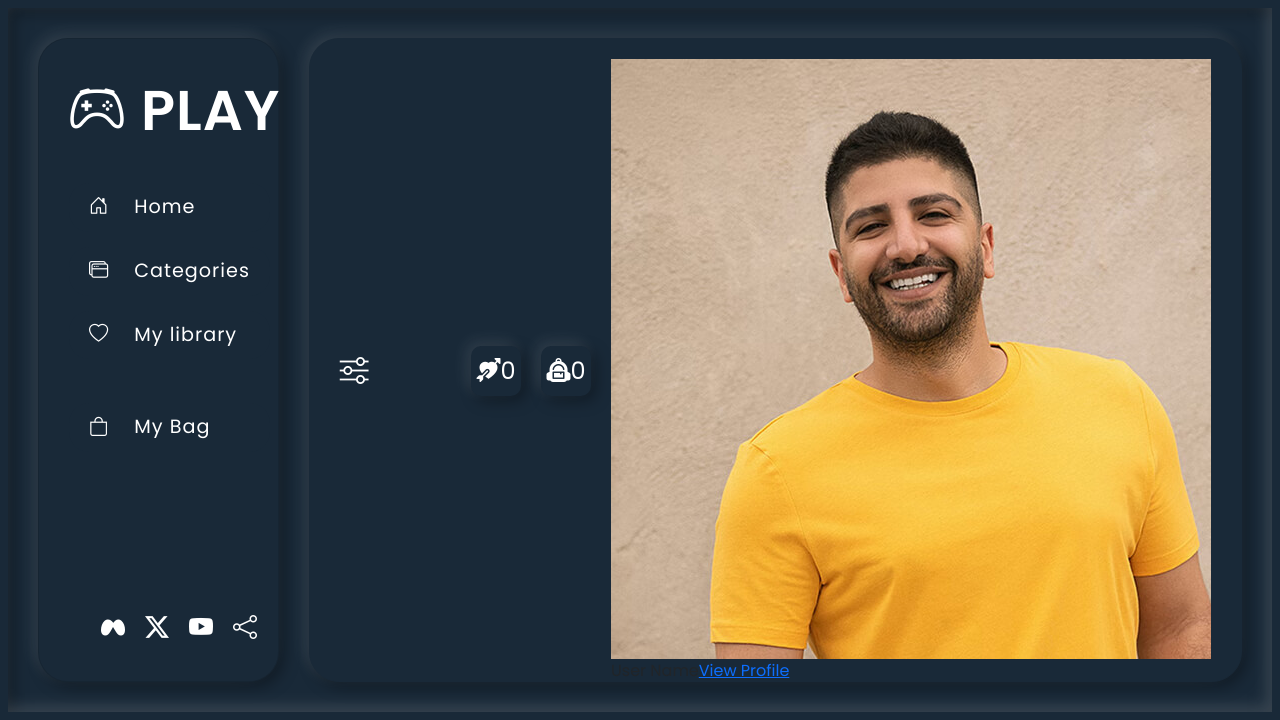
Repository: Ego-Wolf/Ecommerce-game-Reactjs
Page: /
The author's editor kept a copy of each file at every save. The page is drawn from the files as they stood at one save, then again after a run of saves.
The browser window is 1280 px wide. The pictures show the whole page.
The project was rebuilt for these pictures with package versions that can differ from the ones it lists, and the page was loaded fresh each time.

Above is the page before, as saved 2023-12-21 23:50:19.

### public/index.html
<!DOCTYPE html>
<html lang="en">
  <head>
    <meta charset="utf-8" />
    <link rel="icon" href="%PUBLIC_URL%/favicon.ico" />
    <meta name="viewport" content="width=device-width, initial-scale=1" />
    <meta name="theme-color" content="#000000" />
    <meta
      name="description"
      content="Web site created using create-react-app"
    />
    <link rel="apple-touch-icon" href="%PUBLIC_URL%/logo192.png" />
    <link rel="manifest" href="%PUBLIC_URL%/manifest.json" />
    <title>Wolf Ecommerce | Game</title>

    <!-- Bootstraps & Bootstraps Icon -->
    <link href="https://cdn.jsdelivr.net/npm/bootstrap@5.3.2/dist/css/bootstrap.min.css" rel="stylesheet" integrity="sha384-T3c6CoIi6uLrA9TneNEoa7RxnatzjcDSCmG1MXxSR1GAsXEV/Dwwykc2MPK8M2HN" crossorigin="anonymous">
    <link rel="stylesheet" href="https://cdn.jsdelivr.net/npm/bootstrap-icons@1.11.2/font/bootstrap-icons.min.css">
  </head>
  <body>
    <noscript>You need to enable JavaScript to run this app.</noscript>
    <div id="root"></div>

  </body>
</html>

### src/App.js
import React from 'react';
import './App.css';
import Main from "./pages/Main";

function App() {
  return (
    <Main/>
  );
}

export default App;

### src/App.css
/* Google Font */
@import url('https://fonts.googleapis.com/css2?family=Poppins:wght@300;400;500;600;700;800;900&display=swap');


*{
  padding: 0;
  margin: 0;
  box-sizing: border-box;
}

:root {
  --primary: #0d171f;
  --second: #0998a8;
  --bgColor: #192938;
}

h1,
h2,
h4,
p {
  color: #ffffff;
}

body {
  position: relative;
  background: var(--bgColor);
  font-family: 'Poppins', sans-serif;
  width: 100%;
  min-height: 100vh;
  overflow: hidden;
}

### src/pages/Main.jsx
import React from 'react'
import './Main.css'
import SideMenu from '../components/SideMenu'
import Header from './Header'

function Main() {
  return (
    <main>
        <SideMenu/>
        <div className="banner">
          <Header/>
        </div>
    </main>
  )
}

export default Main

### src/pages/Main.css
main {
    position: absolute;
    top: 0;
    left: 0;
    right: 0;
    bottom: 0;
    padding: 30px;
    border: 8px solid var(--bgColor);
    box-shadow: -5px -5px 15px rgba(255, 255, 255, 0.15),
    5px 5px 15px rgba(0, 0, 0, 0.35),
    inset -5px -5px 15px rgba(255, 255, 255, 0.15),
    inset 5px 5px 15px rgba(0, 0, 0, 0.35);
    display: flex;
    justify-content: space-between;
    align-items: center;
    gap: 30px;
    overflow: hidden;
    transition: 0.5s;
}

.banner {
    position: relative;
    width: 80%;
    height: 100%;
    border-radius: 30px;
    border: 1px solid var(--bgColor);
    background: var(--bgColor);
    box-shadow: -5px -5px 15px rgba(255, 255, 255, 0.1),
    5px 5px 15px rgba(0, 0, 0, 0.35);
    transition: 1s;
}

### src/components/SideMenu.jsx
import React, {useState} from 'react'
import './SideMenu.css'
import NavListItem from './NavListItem'
import navListData from '../data/navListData'
import socialListData from '../data/socialListData'
import SocialListItem from './SocialListItem'

function SideMenu() {
  const [navData, setNavData] = useState(navListData);
  const [socialData, setSocialData] = useState(socialListData);

  return (
    <div className="sideMenu">
        <a href="#" className="logo">
            <i class="bi bi-controller"></i>
            <span className="brand">Play</span>
        </a>
        <ul className="nav">
          {navData.map(item => (
            <NavListItem key={item._id} item={item} />
          ))}
        </ul>

        <ul className="social">
          {socialData.map(item => (
            <SocialListItem key={item._id} item={item} />
          ))}
        </ul>

    </div>
  );
}

export default SideMenu;

### src/pages/Header.jsx
import React from 'react'
import './Header.css'
import userImg from '../images/user.jpg'

function Header() {
  return (
    <header>
        <a href="#" className='menu'><i class="bi bi-sliders"></i></a>
        <div className="userItems">
            <a href="#" className="icon">
                <i class="bi bi-arrow-through-heart-fill"></i>
                <span className='like'>0</span>
            </a>
            <a href="#" className="icon">
                <i class="bi bi-backpack2-fill"></i>
                <span className="bag">0</span>
            </a>
            <div className="avatar">
                <a href="#"><img src={userImg} alt="User Image" /></a>
                <div className="user">
                    <span>User Name</span>
                    <a href="#">View Profile</a>
                </div>
            </div>
        </div>
    </header>
  )
}

export default Header

### src/components/SideMenu.css
.sideMenu {
    width: 20%;
    height: 100%;
    padding: 30px;
    border: 1px solid rgba(0, 0, 0, 0.1);
    border-radius: 30px;
    background: var(--bgColor);
    box-shadow: -5px -5px 15px rgba(255, 255, 255, 0.1), 5px 5px 15px rgba(0, 0, 0, 0.35);
    display: flex;
    flex-direction: column;
    transition: 1s;
}

.sideMenu .logo {
    position: relative;
    text-decoration: none;
    display: inline-flex;
    align-items: center;
    gap: 15px;
    color: #ffffff;
    font-size: 3.5em;
    font-weight: 600;
    letter-spacing: 1px;
    text-transform: uppercase;
}

.sideMenu .nav {
    margin-top: 30px;
    display: flex;
    flex-direction: column;
    list-style: none;
    gap: 15px;
}

.sideMenu .nav li a {
    text-decoration: none;
    color: #ffffff;
    font-size: 1.2em;
    letter-spacing: 1px;
    display: inline-flex;
    gap: 25px;
    background: var(--bgColor);
    border-radius: 20px;
    padding: 10px 20px;
    width: 100%;
    transition: 0.5s;
}

.sideMenu .nav li a:hover,
.sideMenu .nav li a:active {
    box-shadow: -5px -5px 15px rgba(255, 255, 255, 0.1), 5px 5px 15px rgba(0, 0, 0, 0.35);
}

/* Social */
.sideMenu .social {
    position: absolute;
    bottom: 50px;
    display: flex;
    align-items: center;
    list-style: none;
    gap: 20px;
    transition: 0.5s;
}

.sideMenu .social li a {
    text-decoration: none;
    color: #ffffff;
    font-size: 1.5rem;
    transition: 0.3s;
}

.sideMenu .social li a:hover {
    color: var(--second);
}

.sideMenu .social li .share {
    background: (--second);
    padding: 10px;
    width: 35px;
    height: 35px;
    border-radius: 50%;
    transition: 0.3s;
}

.sideMenu .social li .share:hover {
    background: var(--primary);
}

### src/components/NavListItem.jsx
import React from 'react'
import './NavListItem.css'

function NavListItem({ item }) {
  return (
    <li>
        <a href="#">
            <i className={`bi ${item.icon}`}></i>
            <span className="navName">{item.name}</span>
        </a>
    </li>
  )
}

export default NavListItem

### src/data/navListData.js
const navListData = [
    {
        _id: 1,
        target: 'home',
        name: 'Home',
        icon: 'bi-house-door',
        active: true,
    },
    {
        _id: 2,
        target: 'categories',
        name: 'Categories',
        icon: 'bi-window-stack',
        active: false,
    },
    {
        _id: 3,
        target: 'library',
        name: 'My library',
        icon: 'bi-heart',
        active: false,
    },
    {
        _id: 4,
        target: 'bag',
        name: 'My Bag',
        icon: 'bi-bag',
        active: false,
    },
];

export default navListData;

### src/data/socialListData.js
const socialListData = [
    {
        _id: 1,
        // target: 'meta',
        // name: 'Meta',
        icon: 'bi bi-meta',
        active: true,
    },
    {
        _id: 2,
        // target: 'categories',
        // name: 'Categories',
        icon: 'bi-twitter-x ',
        active: false,
    },
    {
        _id: 3,
        // target: 'library',
        // name: 'My library',
        icon: 'bi-youtube',
        active: false,
    },
    {
        _id: 4,
        // target: 'bag',
        // name: 'My Bag',
        icon: 'bi-share',
        active: false,
    },
];

export default socialListData;

### src/components/SocialListItem.jsx
import React from 'react'
import './SocialListItem.css'

function SocialListItem({ item }) {
  return (
    <li>
      <a href="#">
        <i className={`bi ${item.icon}`}></i>
      </a>
    </li>
  )
}

export default SocialListItem

### src/pages/Header.css
header {
    position: absolute;
    top: 0;
    width: 100%;
    display: flex;
    justify-content: space-between;
    align-items: center;
    padding: 20px 30px;
    z-index: 1000 !important;
    background: transparent;
}

.menu {
    font-size: 1.8rem;
    color: #ffffff;
}

.userItems {
    display: inline-flex;
    align-items: center;
    gap: 20px;
}

.userItems .icon {
    position: relative;
    color: #ffffff;
    font-size: 1.5rem;
    width: 50px;
    height: 50px;
    border-radius: 10px;
    box-shadow: -5px -5px 15px rgba(255, 255, 255, 0.1),
    5px 5px 15px rgba(0, 0, 0, 0.35);
    display: flex;
    justify-content: center;
    align-items: center;
    text-decoration: none;
}

.userItems .icon .like

Loaded but not shown: src/index.js (common file); src/index.css (common file); src/reportWebVitals.js (common file); src/components/NavListItem.css (no stored copy; drawn as an empty file); src/components/SocialListItem.css (no stored copy; drawn as an empty file)

After the next 2 saves:
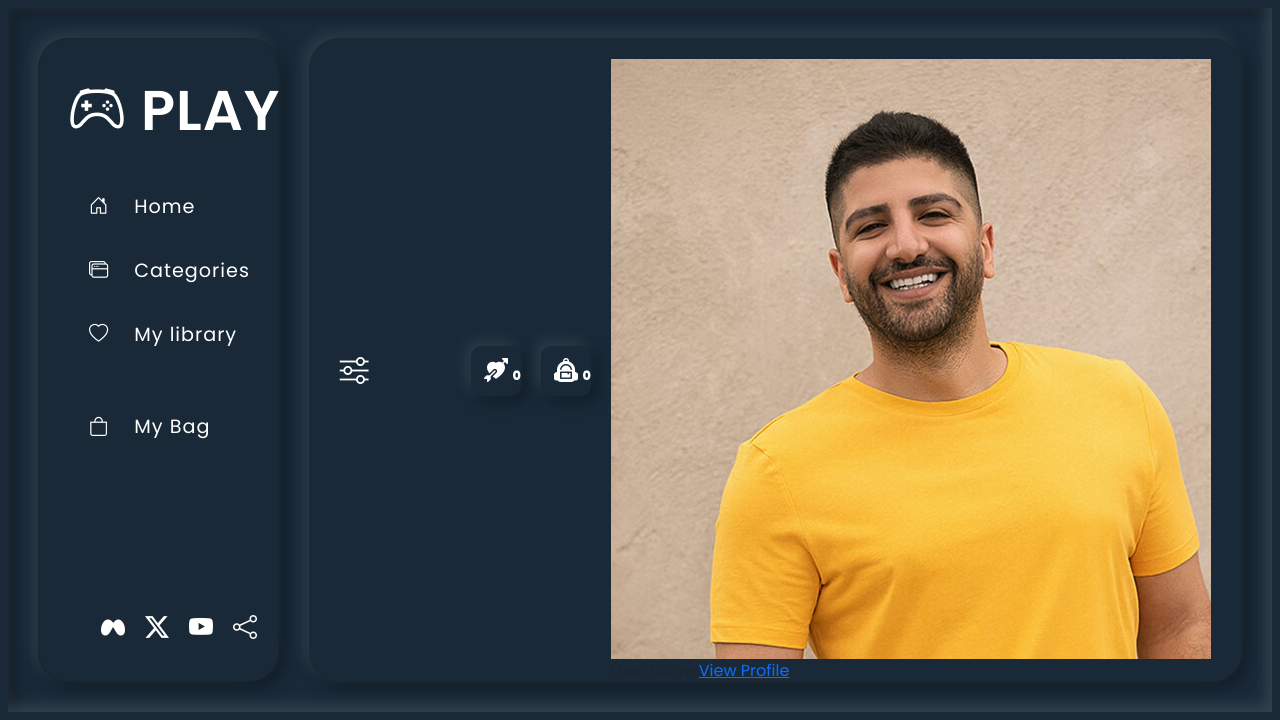
The 2 saves are shown as one change because they came seconds apart.
The last was saved 18 s later.
--- a/src/pages/Header.css
+++ b/src/pages/Header.css
@@ -36,4 +36,13 @@ header {
     text-decoration: none;
 }
 
-.userItems .icon .like
+.userItems .icon .like,
+.userItems .icon .bag {
+    position: absolute;
+    right: 0;
+    bottom: 10px;
+    font-size: 0.8rem;
+    font-weight: 800;
+    height: 20px;
+
+}
